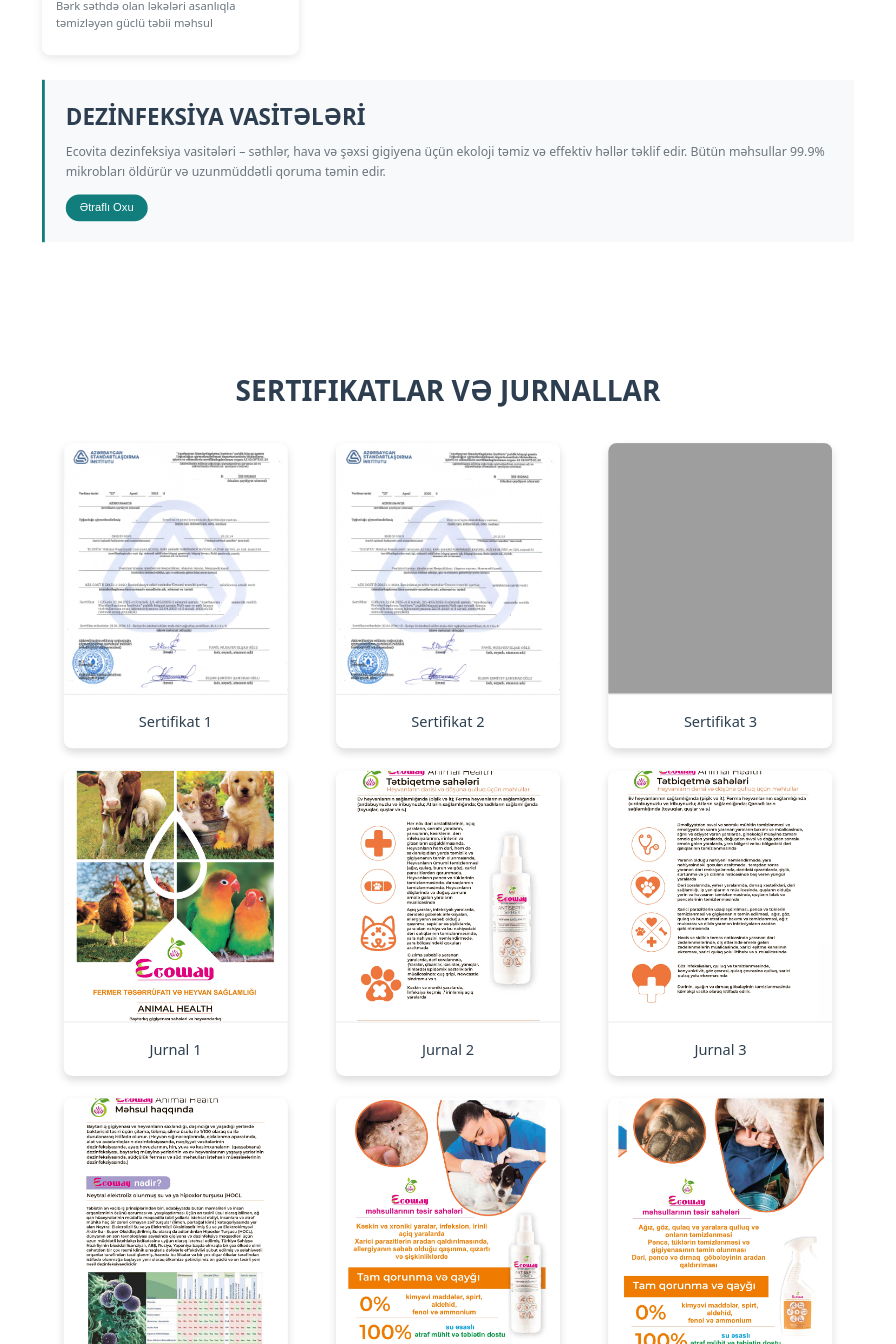
Repository: ferhadsultan98/ecovita
Page: /
These files come from the project's save history. The page is drawn as it stood at one moment and after the next save; the edit follows.
The browser window is 1280 px wide. The pictures show the part of the page from y = 4580 to 6500 px (the page is 7578 px tall before and 7642 px after), at 70% of full size.
Pictures or frames that could not be fetched are drawn as grey boxes. The project was rebuilt for these pictures with package versions that can differ from the ones it lists, and the page was loaded fresh each time. Also part of the build but not shown: vite.config.js.

Above is the page before, as saved 2025-05-07 16:15:12.

After the next save:
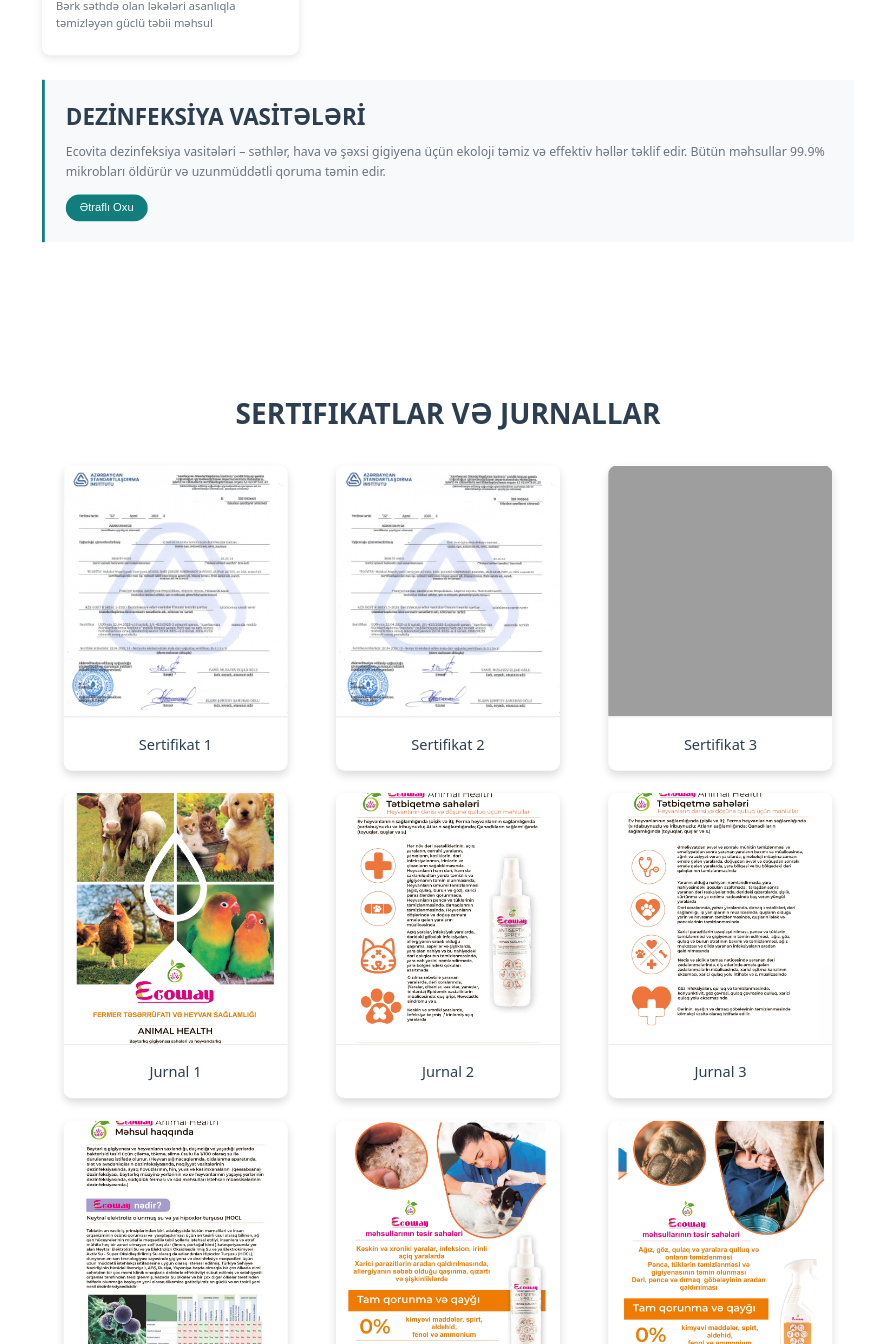
Saved 23 s later.
--- a/src/Pages/Certificate/Certificate.scss
+++ b/src/Pages/Certificate/Certificate.scss
@@ -1,5 +1,5 @@
 .certificatesSection {
-    padding: 4rem 2rem;
+    padding: 6rem 2rem;
     max-width: 1200px;
     margin: 0 auto;
     text-align: center;
